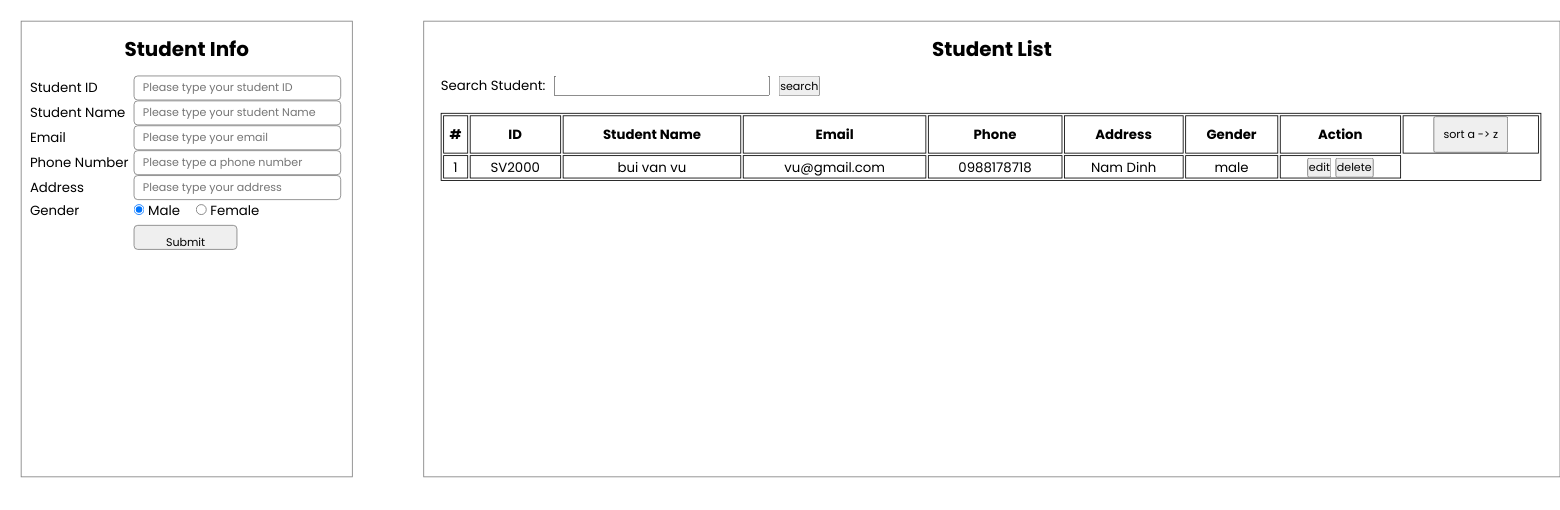
Repository: sSoRaK/ex-session15-dom-event
Page: ex-dom-event/student-management.html
The author's editor kept a copy of each file at every save. The page is drawn from the files as they stood at one save, then again after the next save.
The browser window is 1280 px wide. The page is 1880 px wide, so the pictures cover 1880 px, including what lies to the right of the window. The pictures show the whole page, at 83% of full size.

Above is the page before, as saved 2023-06-24 20:05:11.

### ex-dom-event/student-management.html
<!DOCTYPE html>
<html lang="en">
  <head>
    <meta charset="UTF-8" />
    <meta name="viewport" content="width=device-width, initial-scale=1.0" />
    <title>Student Management</title>
    <link rel="preconnect" href="https://fonts.googleapis.com" />
    <link rel="preconnect" href="https://fonts.gstatic.com" crossorigin />
    <link
      href="https://fonts.googleapis.com/css2?family=Poppins:ital,wght@0,100;0,200;0,300;0,400;0,500;0,600;0,700;0,800;0,900;1,100;1,200;1,300;1,400;1,500;1,600;1,700;1,800;1,900&display=swap"
      rel="stylesheet"
    />
    <link rel="stylesheet" href="./style/style.css" />
  </head>
  <body>
    <div class="left-side">
      <h2>Student Info</h2>
      <form action="#" class="form-student">
        <label for="student-id" id="label-id">Student ID</label>
        <input
          type="text"
          name="student-name"
          id="student-id"
          placeholder="Please type your student ID"
        />
        <div class="error error-row1"></div>
        <label for="student-name" id="label-name">Student Name</label>
        <input
          type="text"
          name="student-name"
          id="student-name"
          placeholder="Please type your student Name"
        />
        <div class="error error-row2"></div>
        <label for="student-email" id="label-email">Email</label>
        <input
          type="email"
          name="student-email"
          id="student-email"
          placeholder="Please type your email"
        />
        <div class="error error-row3"></div>
        <label for="student-phone_number" id="label-phone_number"
          >Phone Number</label
        >
        <input
          type="number"
          name="student-phone_number"
          id="student-phone_number"
          placeholder="Please type a phone number"
        />
        <div class="error error-row4"></div>
        <label for="student-address" id="label-address">Address</label>
        <input
          type="text"
          name="student-address"
          id="student-address"
          placeholder="Please type your address"
        />
        <div class="error error-row5"></div>
        <span class="gender">Gender</span>
        <div class="gender-wrapper">
          <input type="radio" name="gender" id="male" checked />
          <label for="male">Male</label>
          <input type="radio" name="gender" id="female" />
          <label for="female">Female</label>
        </div>
        <input type="submit" value="Submit" class="btn-submit" />
      </form>
    </div>
    <div class="right-side">
      <h2>Student List</h2>
      <form action="#" class="searching-bar">
        <span>Search Student:</span>
        <input
          type="text"
          name="search-student_name"
          id="search-student_name"
        />
        <button class="btn-search">search</button>
      </form>
      <table class="table-student">
        <thead>
          <tr>
            <th>#</th>
            <th>ID</th>
            <th>Student Name</th>
            <th>Email</th>
            <th>Phone</th>
            <th>Address</th>
            <th>Gender</th>
            <th>Action</th>
            <th>
              <button class="btn-sort">sort a -> z</button>
            </th>
          </tr>
        </thead>
        <tbody id="student-info"></tbody>
      </table>
    </div>
    <script src="./app/app.js"></script>
  </body>
</html>

### ex-dom-event/style/style.css
* {
  padding: 0;
  margin: 0;
  box-sizing: border-box;
  font-family: "Poppins", sans-serif;
}
body {
  display: grid;
  grid-template-columns: repeat(4, 400px);
  grid-template-rows: repeat(1, 550px);
  gap: 85px;
  margin: 25px;
}
/* left side student info */
.left-side {
  border: 1px solid gray;
  grid-column: 1/2;
}
.left-side h2,
.right-side h2 {
  text-align: center;
  margin: 15px 0;
}
.form-student {
  margin: 0 10px;
  display: grid;
  grid-template-columns: repeat(3, 125px);
  grid-template-rows: repeat(13, 30px);
  /* row-gap: 30px; */
}
.form-student input {
  border: 0.5px solid gray;
  border-radius: 5px;
}
#label-id {
  grid-column: 1/2;
  grid-row: 1/2;
  line-height: 30px;
}
#student-id {
  grid-column: 2/4;
  grid-row: 1/2;
  padding-left: 10px;
}
.error-row1{
  grid-column: 2/4;
  grid-row: 2/3;
}
#label-name {
  grid-column: 1/2;
  grid-row: 2/3;
  line-height: 30px;
}
#student-name {
  grid-column: 2/4;
  grid-row: 2/3;
  padding-left: 10px;
}
#label-email {
  grid-column: 1/2;
  grid-row: 3/4;
  line-height: 30px;
}
#student-email {
  grid-column: 2/4;
  grid-row: 3/4;
  padding-left: 10px;
}
#label-phone_number {
  grid-column: 1/2;
  grid-row: 4/5;
  line-height: 30px;
}
input::-webkit-outer-spin-button,
input::-webkit-inner-spin-button {
  -webkit-appearance: none;
  margin: 0;
}
#student-phone_number {
  grid-column: 2/4;
  grid-row: 4/5;
  padding-left: 10px;
}
#label-address {
  grid-column: 1/2;
  grid-row: 5/6;
  line-height: 30px;
}
#student-address {
  grid-column: 2/4;
  grid-row: 5/6;
  padding-left: 10px;
}
.gender {
  grid-column: 1/2;
  grid-row: 6/7;
}
.gender-wrapper {
  grid-column: 2/4;
  grid-row: 6/7;
}
.gender-wrapper label[for="male"] {
  margin-right: 15px;
}
.btn-submit {
  grid-column: 2/3;
  grid-row: 7/8;
  padding: 10px 0;
}

/* right side student list */
.right-side {
  border: 1px solid gray;
  grid-column: 2/5;
}
.right-side .searching-bar {
  margin-left: 20px;
  display: flex;
  gap: 10px;
}
.table-student,
th,
tr,
td {
  border: 1px solid;
  /* border-collapse: collapse; */
  margin: 20px;
  width: calc(100% - 42px);
}
.btn-sort {
  padding: 10px;
}

#student-info tr td {
  text-align: center;
}
.error {
  visibility: hidden;
}
.error-row1 {
  grid-row: 2;
}
.display-error {
  color: red;
  visibility: visible;
}
.btn-edit,
.btn-delete,
.btn-submit,
.btn-sort,
.btn-search {
  cursor: pointer;
}

### ex-dom-event/app/app.js
// tạo 1 mảng rỗng 2 chiều với phần tử là 1 mảng chứa các thông tin tương ứng của mỗi sinh viên
let studentList = [
  ["SV2000", "bui van vu", "vu@gmail.com", "0988178718", "Nam Dinh", "male"],
];
let action = "create";
// Lấy dữ liệu từ form -> table: Read
function renderData() {
  // truy cập đến tbody
  let tbody = document.getElementById("student-info");
  // đặt giá trị ban đầu tbody = "", để tránh dữ liệu cũ còn tồn tại
  tbody.innerHTML = "";
  for (let i = 0; i < studentList.length; i++) {
    // truyền vào tbody dưới dạng String Template
    tbody.innerHTML += `<tr>
                          <td>${i + 1}</td>
                          <td>${studentList[i][0]}</td>
                          <td>${studentList[i][1]}</td>
                          <td>${studentList[i][2]}</td>
                          <td>${studentList[i][3]}</td>
                          <td>${studentList[i][4]}</td>
                          <td>${studentList[i][5]}</td>
                          <td>
                              <button onclick="editData('${
                                studentList[i][0]
                              }')" class="btn-edit">edit</button>
                              <button onclick="deleteData('${
                                studentList[i][1]
                              }')" class="btn-delete">delete</button>
                          </td>
                    </tr>`;
  }
}
// Khi trình duyệt load thì sẽ load dữ liệu student và hiển thị trên table
document.onload = renderData();

// query element (create gol)
const studentId = document.querySelector("#student-id");
const studentName = document.querySelector("#student-name");
const studentEmail = document.querySelector("#student-email");
const studentPhoneNumber = document.querySelector("#student-phone_number");
const studentAddress = document.querySelector("#student-address");
const studentGender = document.querySelector("input[name='gender']:checked");

const errorElement = document.querySelectorAll(".error");

const btnSubmit = document.querySelector(".btn-submit");

// Validate: xác thực khi thêm create hoặc update
// function check validate each <input>
function validateForm() {
  // Lấy dữ liệu từ Form và Thực hiện validate từng input, nếu thỏa -> true, không thỏa -> báo lỗi (false)
  let idValidate = false;
  let nameValidate = false;
  let emailValidate = false;
  let phoneValidate = false;
  let addressValidate = false;
  let emailPattern = /^\w+([\.-]?\w+)*@\w+([\.-]?\w+)*(\.\w{2,3})+$/; // regex pattern: mẫu quy định
  let phonePattern = /(84|0[3|5|7|8|9])+([0-9]{8})\b/g;
  // check validate studentId
  if (studentId.value.length == 0) {
    errorElement[0].textContent = "* Please type your ID";
    errorElement[0].classList.add("display-error");
  } else if (studentId.value.length < 6 || studentId.value.length > 20) {
    errorElement[0].textContent = "* Your ID must be 6 - 20 characters";
    errorElement[0].classList.add("display-error");
  } else {
    errorElement[0].classList.remove("display-error");
    idValidate = true;
  }

  // check validate studentName
  if (studentName.value == "") {
    errorElement[1].textContent = "* Please type your name";
    errorElement[1].classList.add("display-error");
  } else {
    errorElement[1].classList.remove("display-error");
    nameValidate = true;
  }

  // check validate studentEmail
  if (studentEmail.value.length == "") {
    errorElement[2].textContent = "* Please type your email";
    errorElement[2].classList.add("display-error");
  } else if (!studentEmail.value.match(emailPattern)) {
    errorElement[2].textContent = "* You have entered email invalid";
    errorElement[2].classList.add("display-error");
  } else {
    errorElement[2].classList.remove("display-error");
    emailValidate = true;
  }

  // check validate studentPhoneNumber
  if (studentPhoneNumber.value.length == "") {
    errorElement[3].textContent = "* Please type your phone number";
    errorElement[3].classList.add("display-error");
  } else if (!studentPhoneNumber.value.match(phonePattern)) {
    errorElement[3].textContent = "* You have entered phone number invalid";
    errorElement[3].classList.add("display-error");
  } else {
    errorElement[3].classList.remove("display-error");
    phoneValidate = true;
  }

  // check validate studentAddress
  if (studentAddress.value.length == "") {
    errorElement[4].textContent = "* Please type your address";
    errorElement[4].classList.add("display-error");
  } else {
    errorElement[4].classList.remove("display-error");
    addressValidate = true;
  }

  // check validate each input as True or False
  if (
    idValidate &&
    nameValidate &&
    emailValidate &&
    phoneValidate &&
    addressValidate
  ) {
    return true;
  }
  return false;
}

// Lấy dữ liệu từ Form sau khi submit, tạo table và insert studentList
// create new student from FORM and take to value studentList, insert to table
function createData() {
  // tạo mảng gồm các thông tin của học sinh - create array have element as student info
  const newStudent = [
    studentId.value,
    studentName.value,
    studentEmail.value,
    studentPhoneNumber.value,
    studentAddress.value,
    studentGender.value,
  ];
  studentList.push(newStudent);
  renderData();
  resetForm(); // clear form after submit
}

// reset form after submit or update, create newStudent to table
function resetForm() {
  studentId.value = "";
  studentName.value = "";
  studentEmail.value = "";
  studentPhoneNumber.value = "";
  studentAddress.value = "";
  document.getElementById("male").checked = true;
}

// create event for btn-submit
// event : e
btnSubmit.addEventListener("click", (e) => {
  e.preventDefault(); // after click button submit, prevent "FORM" re-load
  const checkValidForm = validateForm();
  if (checkValidForm) {
    if (action == "create") {
      // push dữ liệu vào table
      createData();
    } else {
      // Thực hiện update sinh viên
      updateFormStudent();
    }
  }
});
// lấy thông tin học sinh thông qua studentID
// 1. Duyệt qua studentList để lấy studentID
function getStudentId(studentId) {
  for (let index = 0; index < studentList.length; index++) {
    if (studentId == studentList[index][0]) return index;
  }
  return -1;
}
// 2.
function editData(studentID) {
  // 1. lấy chỉ số sinh viên trong mảng
  let index = getStudentId(studentID);
  if (index >= 0) {
    // 2. fill thông tin sinh viên qua form
    studentId.value = studentList[index][0];
    studentName.value = studentList[index][1];
    studentEmail.value = studentList[index][2];
    studentPhoneNumber.value = studentList[index][3];
    studentAddress.value = studentList[index][4];
    if (studentList[index][5] == "male") {
      document.getElementById("male").checked = true;
    } else {
      document.getElementById("female").checked = true;
    }
    // sau khi edit, thay giá trị action
    action = "edit";
    studentId.readOnly = true;
    studentId.style.outline = "none";
    studentId.style.cursor = "unset";
    studentId.style.caretColor = "transparent";
  }
}
// Update
function updateFormStudent() {
  const studentUpdate = [
    studentId.value,
    studentName.value,
    studentEmail.value,
    studentPhoneNumber.value,
    studentAddress.value,
    studentGender.value,
  ];

  //find Index dua ma code cua sinh vien
  const indexStudent = getStudentId(studentId.value);

  studentList[indexStudent] = studentUpdate;
  renderData();
  action = "create";
  resetForm();
  studentId.readOnly = false;
  studentId.style.cursor = "text";
  studentId.style.caretColor = "black";
}

function deleteData(studentID) {
  let isCheckRemove = confirm("Bạn có muốn xóa hay không?");
  if (isCheckRemove) {
    const indexDeleteStudent = getStudentId(studentID);
    studentList.splice(indexDeleteStudent, 1);
    renderData();
  }
}

After the next save:
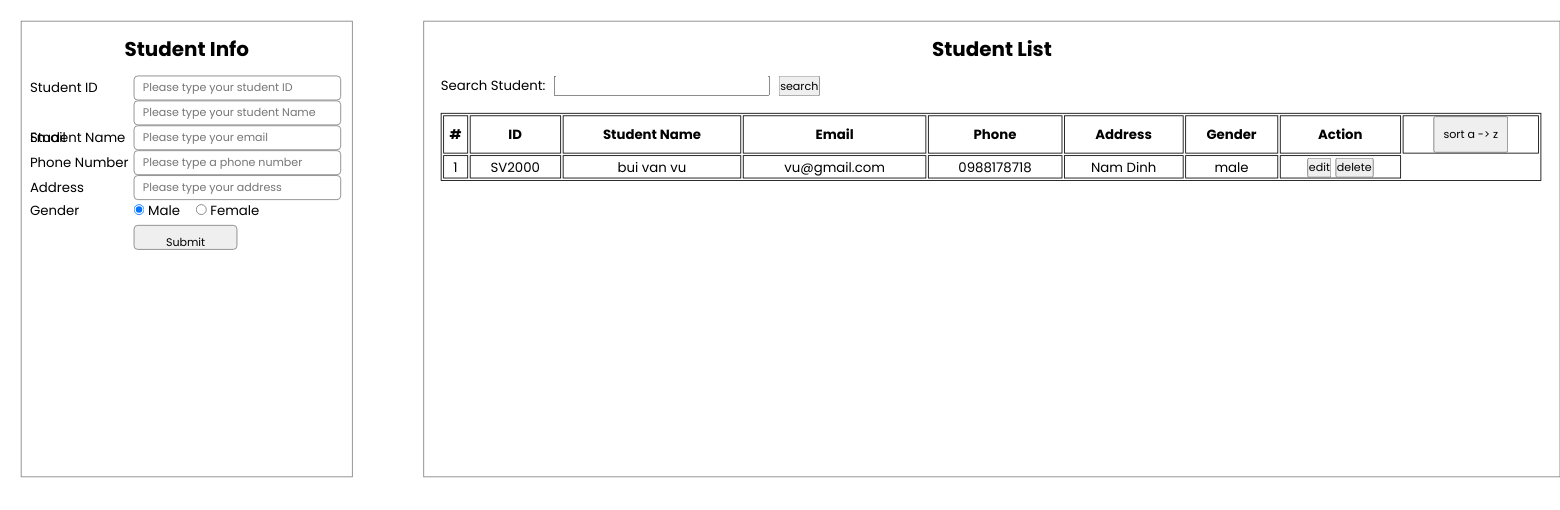
Saved 8 min 39 s later.
--- a/ex-dom-event/style/style.css
+++ b/ex-dom-event/style/style.css
@@ -48,7 +48,7 @@ body {
 }
 #label-name {
   grid-column: 1/2;
-  grid-row: 2/3;
+  grid-row: 3/4;
   line-height: 30px;
 }
 #student-name {
